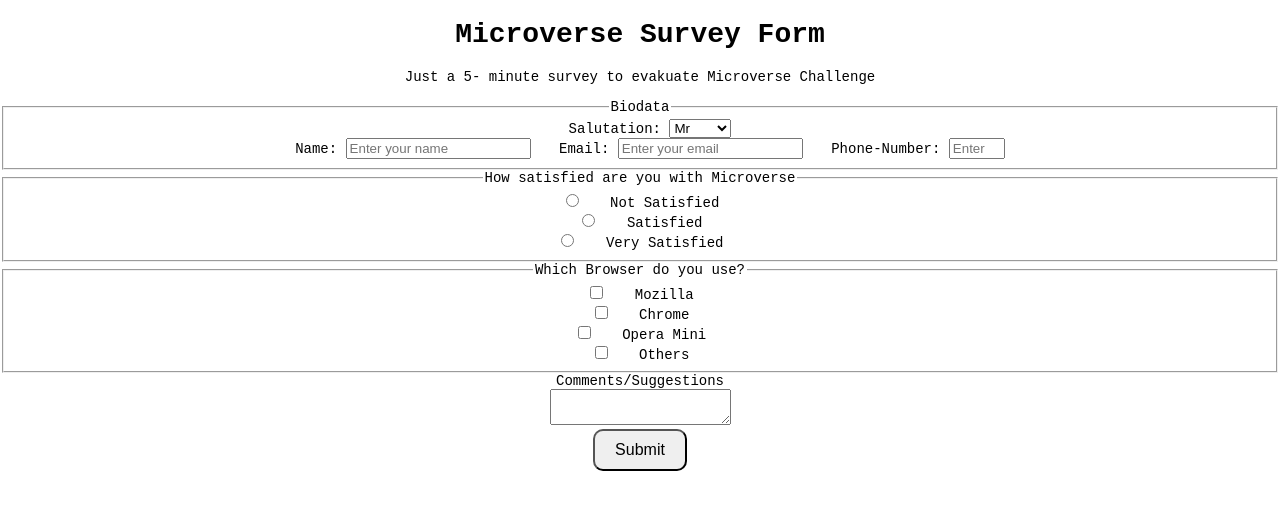
Repository: ahmedmeshref/Microverse-project
Page: index.html
An editor plug-in stored every save of this project. The page is shown before and after the next save, followed by the edit.
The browser window is 1280 px wide. The pictures show the whole page.

Above is the page before, as saved 2019-03-29 15:42:30.

### index.html
<!DOCTYPE html>

<html lang="en">
<head>
 <meta charset="utf-8">
 <meta http-equiv="X-UA-Compatible" content="IE=edge">
 <link rel="stylesheet" href="./css/style.css" >
<title>Survey Form</title>
</head>
<body>
<h1 id="title">Microverse Survey Form</h1>
<p id="description">Just a 5- minute survey to evakuate Microverse Challenge</p>
<form action="submit" id="survey-form">
<fieldset>
    <legend>Biodata</legend>
    <label for="salutation" >Salutation: </label>
    <select id="dropdown">
        <option> Mr</option>
        <option> Mrs</option>
        <option> Miss</option>
        <option>Others</option>
    </select></br>

    <label id="name-label" name="name" for="name">Name: </label>
    <input type="text"  id="name-label" name="name" placeholder="Enter your name" required>

    <label id="email-label" for="email">Email: </label>
    <input type="email"  id="email-label" placeholder="Enter your email" required>

    <label id="phone-label"  for="phone-number">Phone-Number: </label>
    <input type="number"  id="phone-label" placeholder="Enter your Phone Number" required min="6" max="20">
</fieldset>

<fieldset>
    <legend>How satisfied are you with Microverse</legend>
    <input type="radio"  name ="sat" value="Not Satisfied">
    <label for="ns">Not Satisfied</label><br/>

    <input type="radio" name ="sat" value="Satisfied">
    <label>Satisfied</label><br/>

    <input type="radio" name ="sat" value="Very Satisfied">
    <label>Very Satisfied</label><br/>
</fieldset>

<fieldset>
    <legend>Which Browser do you use?</legend>
    <input type="checkbox">
    <label>Mozilla</label><br/>

    <input type="checkbox">
    <label>Chrome</label><br/>

    <input type="checkbox">
    <label>Opera Mini</label><br/>

    <input type="checkbox">
    <label>Others</label>
</fieldset>
</fieldset>
    <legend id="cands">Comments/Suggestions</legend>
    <textarea name="message" width="15" height="10"></textarea>
</fieldset>
<div id="sub">
    <input type="submit" value="Submit" id="submit" >
</div><br/>
</form>
</body>
</html>

### css/style.css
body {
    margin: 0px;
    text-align: center;
    font-family: 'Courier New', Courier, monospace;
    font-size: 14px;
}

placeholder {
    /* padding: 50px;*/
    /* margin: 5px;*/
}

label {
    margin-left: 20px;
}

.dropdown {
    margin-right: 20px;
}

input[type="submit"] {
    padding: 10px 20px;
    border-radius: 10px;
    font-size: 16px;
}

After the next save:
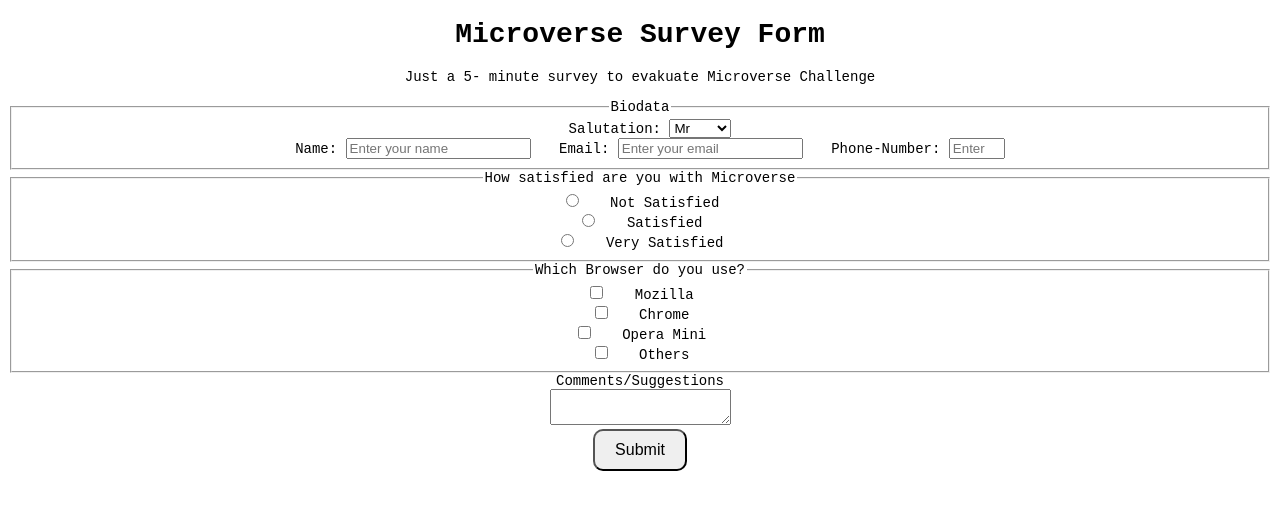
Saved 67 s later.
--- a/css/style.css
+++ b/css/style.css
@@ -1,5 +1,5 @@
 body {
-    margin: 0px;
+    /* margin: 0px;*/
     text-align: center;
     font-family: 'Courier New', Courier, monospace;
     font-size: 14px;
